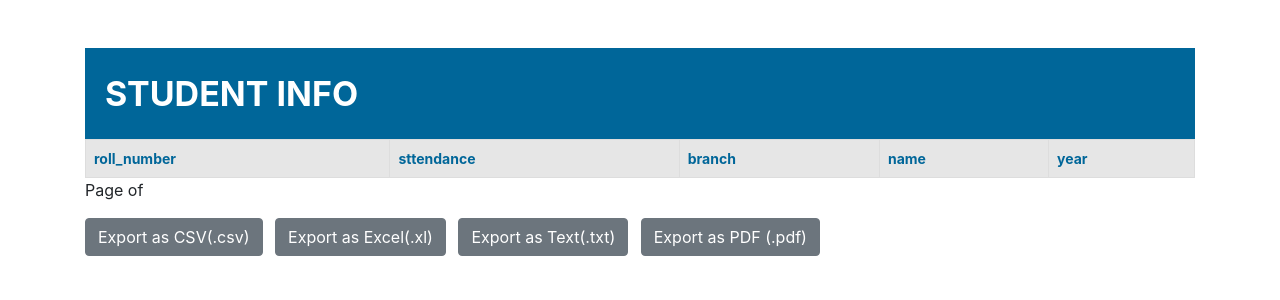
Repository: supranshu/CrystalReportGenerator
Page: http://localhost/produce_report
An editor plug-in stored every save of this project. The page is shown before and after the next save, followed by the edit.
The browser window is 1280 px wide. The pictures show the whole page.
The page is this project's Thymeleaf template; nobody is signed in. The template is opened directly, without the code that normally fills it, so the values that code supplies are empty.

Above is the page before, as saved 2023-08-03 17:39:05.

After the next save:
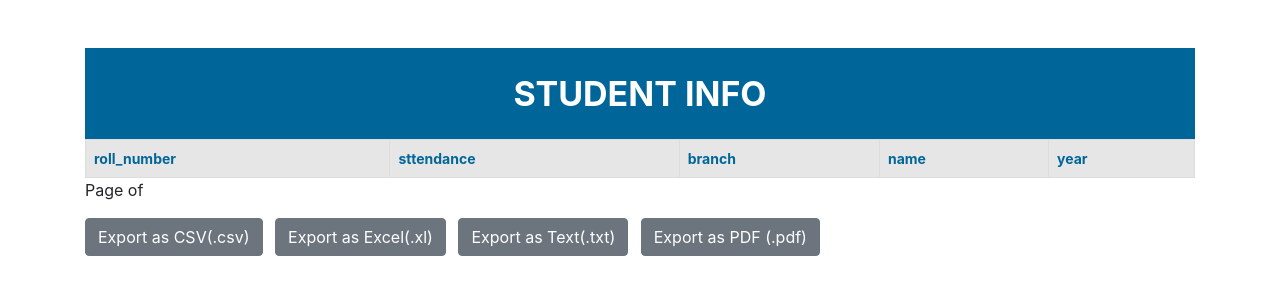
Saved 25 s later.
--- a/com.report/src/main/resources/templates/produce_report.html
+++ b/com.report/src/main/resources/templates/produce_report.html
@@ -33,7 +33,7 @@
         .page-header {
             background-color: #006699;
             color: #FFFFFF;
-            text-align: left;
+            text-align: center;
             font-size: 34px;
             font-weight: bold;
             padding: 20px;

After the save that followed:
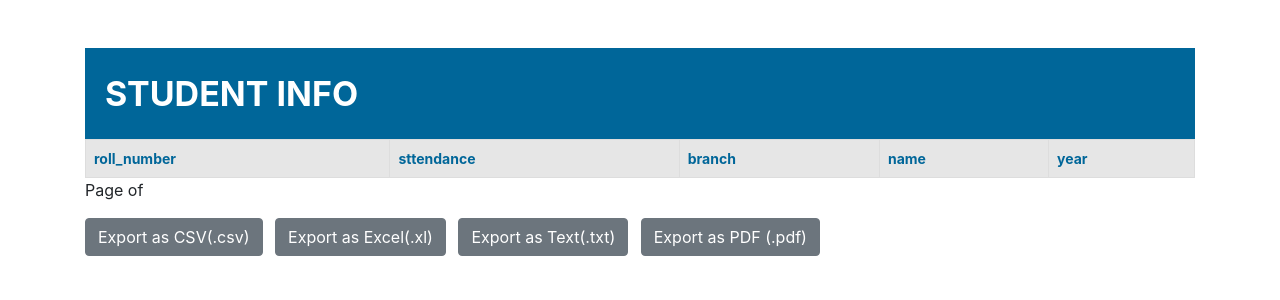
Saved 16 s later.
--- a/com.report/src/main/resources/templates/produce_report.html
+++ b/com.report/src/main/resources/templates/produce_report.html
@@ -33,7 +33,7 @@
         .page-header {
             background-color: #006699;
             color: #FFFFFF;
-            text-align: center;
+            text-align: left;
             font-size: 34px;
             font-weight: bold;
             padding: 20px;
